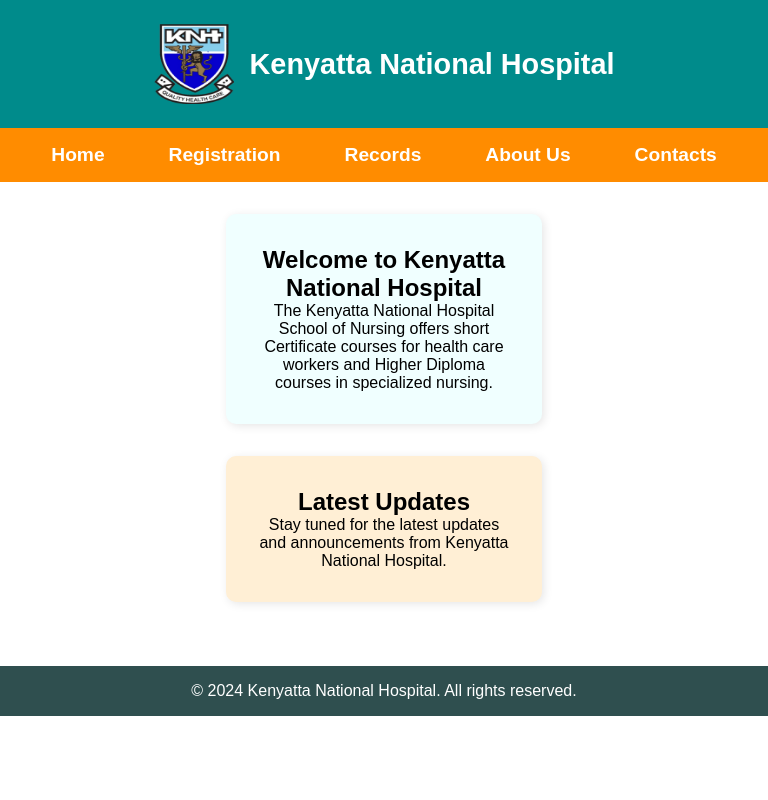
Repository: EphrahimLaanyu123/wsp
Page: index.html
The author's editor kept a copy of each file at every save. The page is drawn from the files as they stood at one save, then again after the next save.
The browser window is 768 px wide. The pictures show the whole page.

Above is the page before, as saved 2025-03-14 08:38:05.

After the next save:
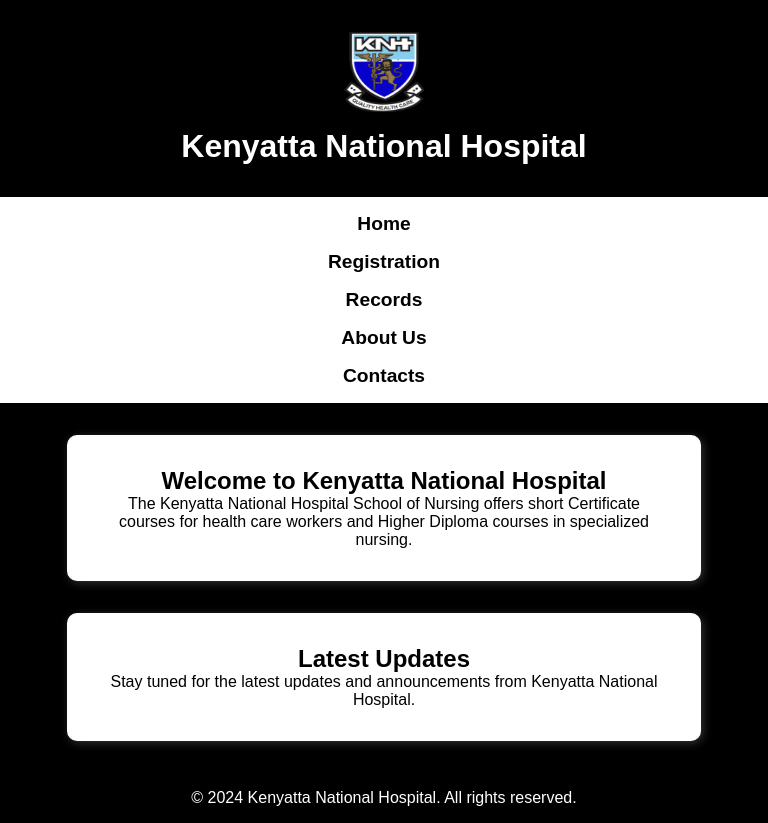
Saved 81 s later.
--- a/styles.css
+++ b/styles.css
@@ -6,11 +6,19 @@
     font-family: 'Arial', sans-serif;
 }
 
+/* Full-Page Background */
+body {
+    background-color: black;
+    color: white;
+    min-height: 100vh;
+    display: flex;
+    flex-direction: column;
+}
+
 /* Header */
 .header {
-    background-color: #008B8B;
-    color: white;
-    padding: 1.5rem;
+    background-color: black;
+    padding: 2rem;
     text-align: center;
 }
 
@@ -27,13 +35,14 @@
 }
 
 .header-title {
-    font-size: 1.8rem;
+    font-size: 2rem;
     font-weight: bold;
+    color: white;
 }
 
 /* Navigation */
 .nav {
-    background-color: #FF8C00;
+    background-color: white;
     padding: 1rem;
     text-align: center;
 }
@@ -51,7 +60,7 @@
 
 .nav ul li a {
     text-decoration: none;
-    color: white;
+    color: black;
     font-size: 1.2rem;
     font-weight: bold;
     padding: 0.5rem 1rem;
@@ -59,12 +68,14 @@
 }
 
 .nav ul li a:hover {
-    background-color: #CD5C5C;
+    background-color: black;
+    color: white;
     border-radius: 5px;
 }
 
 /* Main Content */
 .sectionaside {
+    flex: 1;
     display: flex;
     flex-wrap: wrap;
     justify-content: center;
@@ -78,27 +89,18 @@
     min-width: 300px;
     padding: 2rem;
     border-radius: 10px;
-}
-
-.section {
-    background-color: #F0FFFF;
+    background-color: white;
+    color: black;
     text-align: center;
-    box-shadow: 2px 2px 10px rgba(0, 0, 0, 0.1);
-}
-
-.aside {
-    background-color: #FFEFD5;
-    text-align: center;
-    box-shadow: 2px 2px 10px rgba(0, 0, 0, 0.1);
+    box-shadow: 2px 2px 10px rgba(255, 255, 255, 0.2);
 }
 
 /* Footer */
 .footer {
-    background-color: #2F4F4F;
+    background-color: black;
     color: white;
     text-align: center;
     padding: 1rem;
-    margin-top: 2rem;
 }
 
 /* Responsive Design */
@@ -109,3 +111,16 @@
     }
 
     .section, .aside {
+        max-width: 90%;
+    }
+
+    .header-content {
+        flex-direction: column;
+        text-align: center;
+    }
+
+    .nav ul {
+        flex-direction: column;
+        gap: 1rem;
+    }
+}
